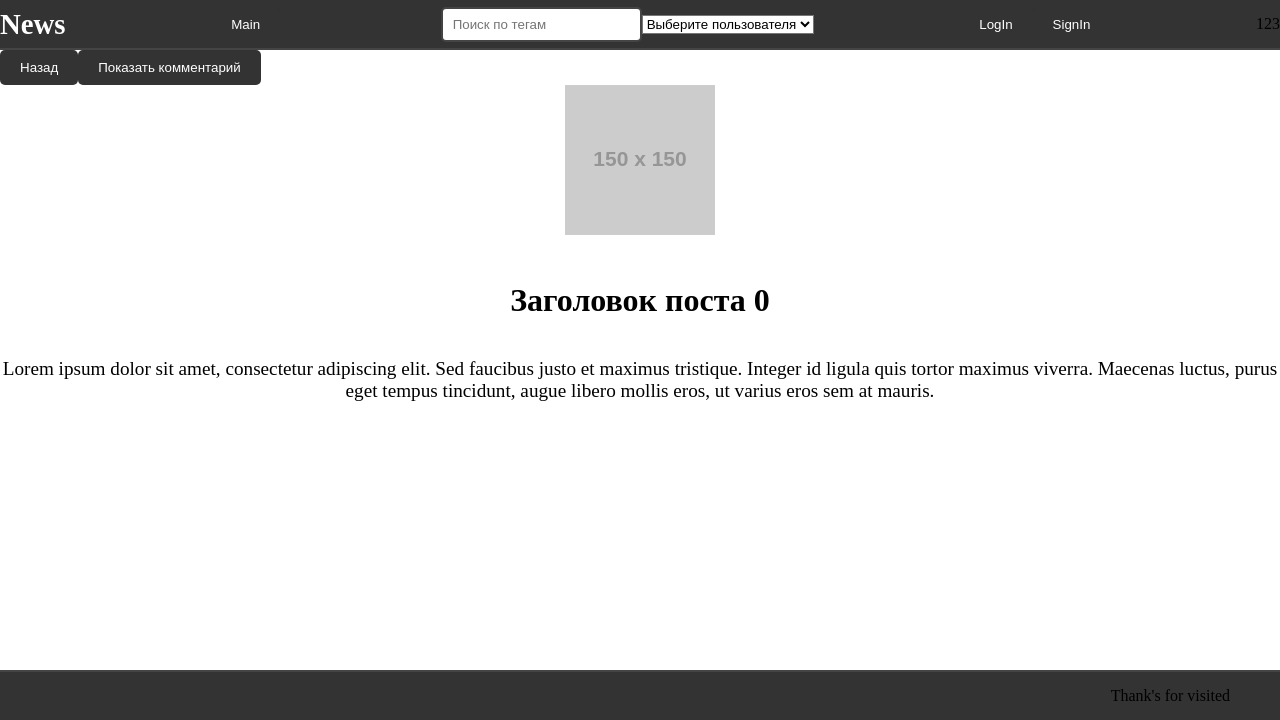
Repository: Igor-Blazhko/news_frontend
Page: /OnePost/0
An editor plug-in stored every save of this project. The page is shown before and after a run of saves, followed by the edit.
The browser window is 1280 px wide. The pictures show the whole page.
The project was rebuilt for these pictures with package versions that can differ from the ones it lists, and the page was loaded fresh each time. Also part of the build but not shown: vite.config.ts, src/components/allPost/onePost/onePost.module.css, src/components/allPost/onePost/onePost.tsx, src/components/allPost/allPost.tsx, src/components/auth/logIn/login.module.css, src/dataServer.ts, src/components/auth/logIn/login.tsx, src/components/auth/register/register.tsx and 2 more.

Above is the page before, as saved 2024-07-15 09:42:19.

After the next 2 saves:
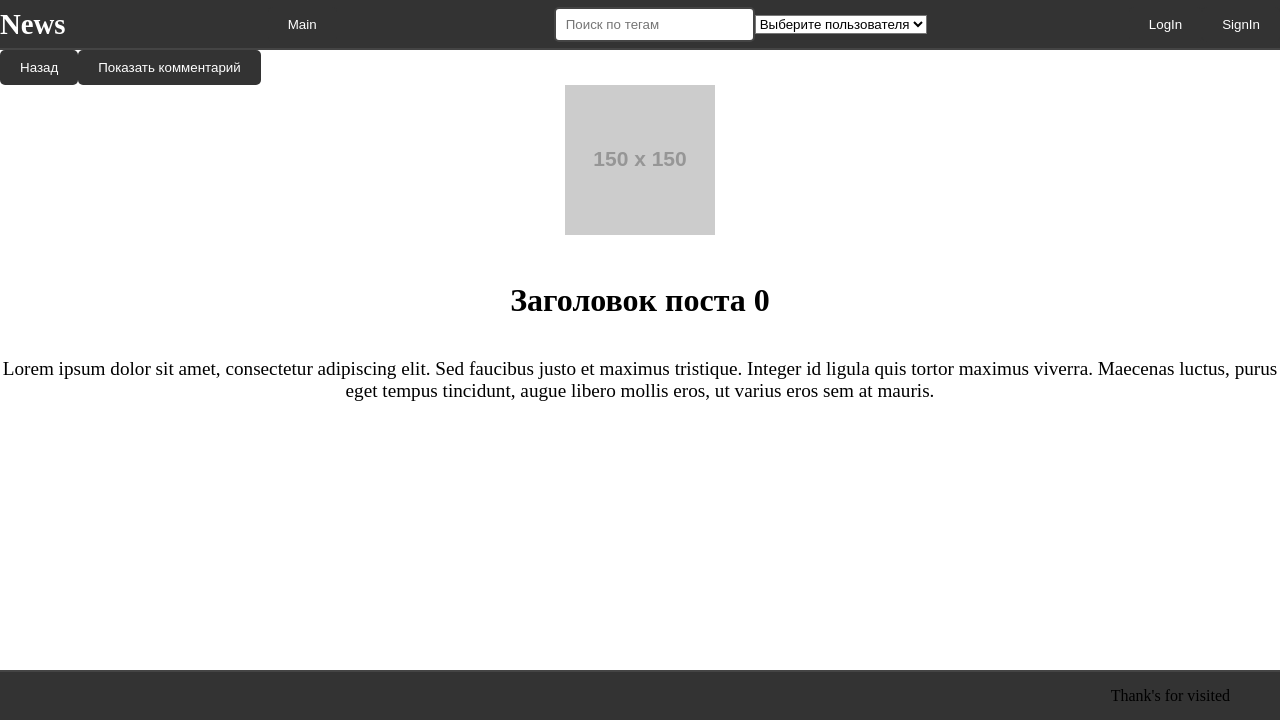
The 2 saves are shown as one change because they came seconds apart.
The last was saved 20 s later.
--- a/src/components/header/buttonAuth/buttonAuth.tsx
+++ b/src/components/header/buttonAuth/buttonAuth.tsx
@@ -4,6 +4,6 @@ import { States } from "../../../store"
 export default function ButtonAuth(){
 
     return (
-        <div>123</div>
+    <></>
     )
 }
